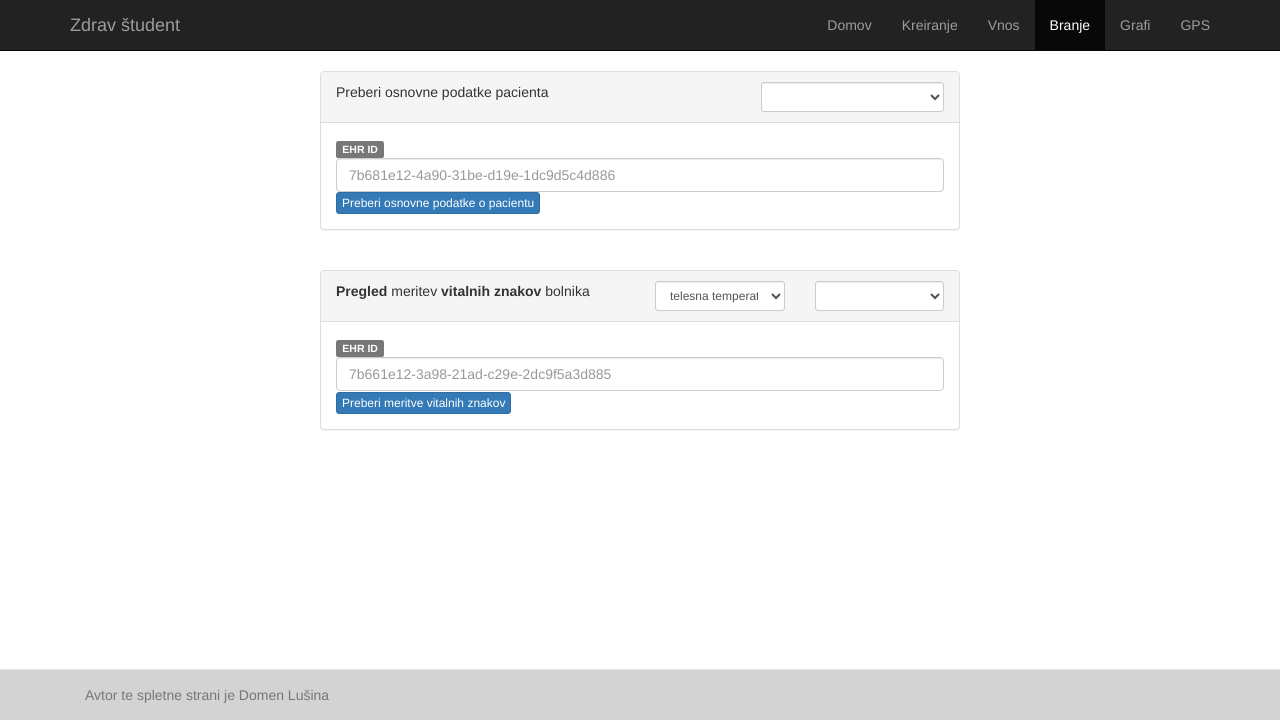
Repository: dl4184/ois-dn4
Page: branje.html
The author's editor kept a record of every edit. The page is drawn from the files as they stood at one moment, then again after the next edit.
The browser window is 1280 px wide. The pictures show the whole page.
Some web libraries are served in a nearby version.

Above is the page before.
Not found: css/styles.css

After the next edit:
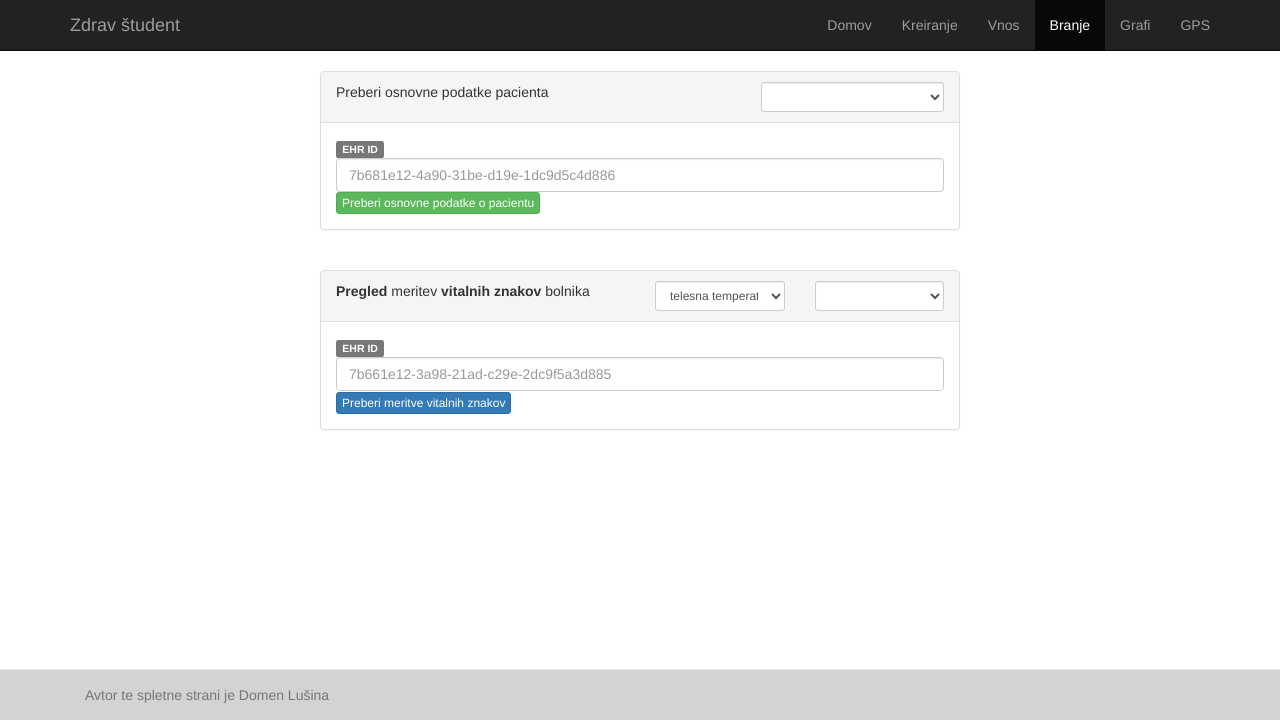
The edit:
--- a/branje.html
+++ b/branje.html
@@ -50,7 +50,7 @@
                             </div>
                             <div class="panel-body">
                             <span class="label label-default">EHR ID</span><input id="preberiEHRid" type="text" class="form-control input-mini" placeholder="7b681e12-4a90-31be-d19e-1dc9d5c4d886">
-                            <button type="button" class="btn btn-primary btn-xs" onclick="preberiEHRBolnika()">Preberi osnovne podatke o pacientu</button><span id="preberiSporocilo"></span>
+                            <button type="button" class="btn btn-success btn-xs" onclick="preberiEHRBolnika()">Preberi osnovne podatke o pacientu</button><span id="preberiSporocilo"></span>
                             </div>
                         </div>
                         <br></br>
